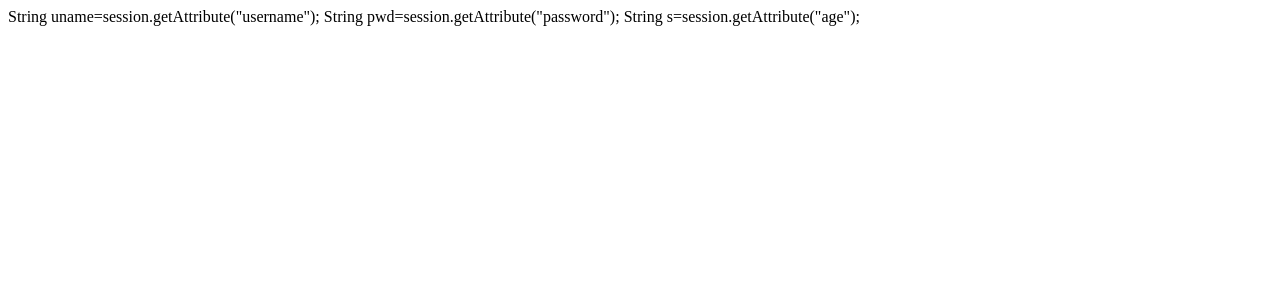
Repository: saiswaroop1547/ctstraining
Page: http://localhost/12022020/output.jsp
These files come from the project's save history. The page is drawn as it stood at one moment and after the next save; the edit follows.
The browser window is 1280 px wide. The pictures show the whole page.
The page is served by Tomcat 9. Other server files are loaded and not shown.

Above is the page before, as saved 2020-02-12 05:11:48.

### 12022020/WebContent/output.jsp
<%@ page language="java" contentType="text/html; charset=ISO-8859-1"
    pageEncoding="ISO-8859-1"%>
<!DOCTYPE html PUBLIC "-//W3C//DTD HTML 4.01 Transitional//EN" "http://www.w3.org/TR/html4/loose.dtd">
<html>
<head>
<meta http-equiv="Content-Type" content="text/html; charset=ISO-8859-1">
<title>Insert title here</title>
</head>
<body>
String uname=session.getAttribute("username");
String pwd=session.getAttribute("password");
String s=session.getAttribute("age");
</body>
</html>

After the next save:
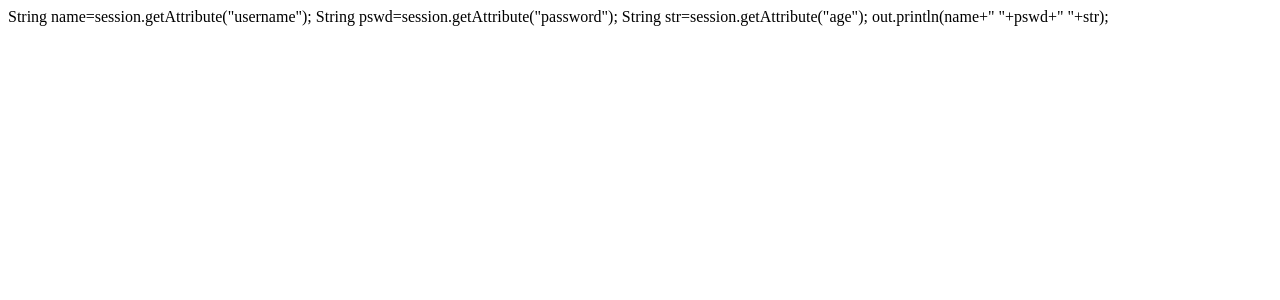
Saved 79 s later.
--- a/12022020/WebContent/output.jsp
+++ b/12022020/WebContent/output.jsp
@@ -7,8 +7,9 @@
 <title>Insert title here</title>
 </head>
 <body>
-String uname=session.getAttribute("username");
-String pwd=session.getAttribute("password");
-String s=session.getAttribute("age");
+String name=session.getAttribute("username");
+String pswd=session.getAttribute("password");
+String str=session.getAttribute("age");
+out.println(name+" "+pswd+" "+str);
 </body>
 </html>
